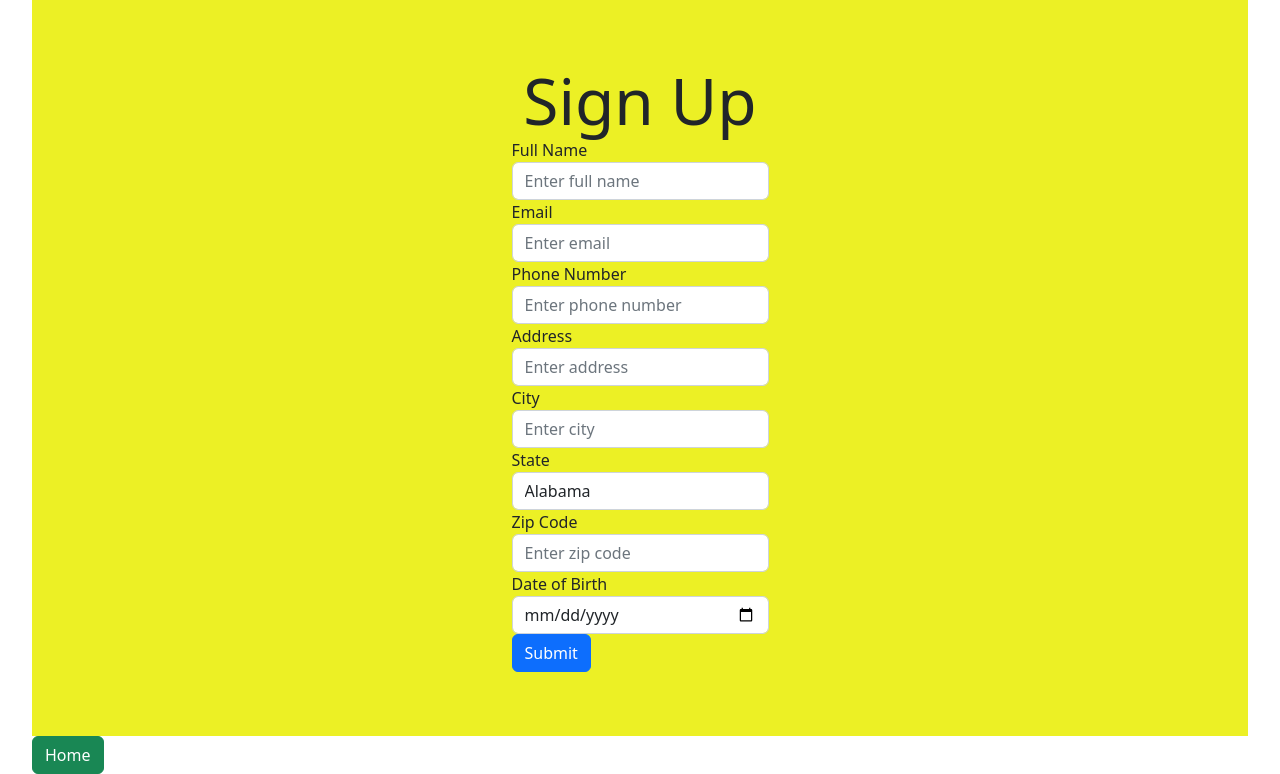
Repository: collegedude9300/zenschool
Page: /SignUp
An editor plug-in stored every save of this project. The page is shown before and after the next save, followed by the edit.
The browser window is 1280 px wide. The pictures show the whole page.
The project was rebuilt for these pictures with package versions that can differ from the ones it lists, and the page was loaded fresh each time. The framework's server and built-in components were replaced by stand-ins that run in the browser. Also part of the build but not shown: next.config.js.

Above is the page before, as saved 2022-11-08 15:10:16.

### pages/SignUp.js
import Head from 'next/head'
import Image from 'next/image'
import styles from '../styles/Home.module.css'
import { useState, useEffect } from 'react';
import 'bootstrap/dist/css/bootstrap.css'
import Link from 'next/link';
export default function SignUp()
{
//validate Email
const validateEmail = (email) => {
  const re = /^(([^<>()[\]\\.,;:\s@"]+(\.[^<>()[\]\\.,;:\s@"]+)*)|(".+"))@((\[[0-1]\d{1,2}\.[0-1]\d{1,2}\.[0-1]\d{1,2}\.[0-1]\d{1,2}\])|(([a-zA-Z\-0-9]+\.)+[a-zA-Z]{2,}))$/;
  return re.test(String(email).toLowerCase());
}
//validate First Name
const validateName = (name) => {
  const re = /^[A-Z][a-z]+(\s|,)[A-Z][a-z]{1,19}$/;
  return re.test(String(name));
}
//validate Phone Number
const validatePhoneNumber = (phoneNumber) => {
  const re = /^\d{10}$/;
  return re.test(String(phoneNumber));
}
//validate Address
const validateAddress = (address) => {
  const re = /^[0-9a-zA-Z\s,.'-]{3,}$/;
  return re.test(String(address));
}
//validate City
const validateCity = (city) => {
  const re = /^[a-zA-Z\s,.'-]{3,}$/;
  return re.test(String(city));
}
//validate State
const validateState = (state) => {
  const re = /^[a-zA-Z\s,.'-]{3,}$/;
  return re.test(String(state));
}
//validate Zip Code
const validateZipCode = (zipCode) => {
  const re = /^\d{5}$/;
  return re.test(String(zipCode));
}
//validate Date of Birth
const validateDateOfBirth = (dateOfBirth) => {
  const re = /^\d{4}-\d{2}-\d{2}$/;
  return re.test(String(dateOfBirth));
}
//check to see if the email is valid
const handleSubmit = (e) => {
  e.preventDefault();
  const email = document.getElementById("email").value;
  const name = document.getElementById("name").value;
  const phoneNumber = document.getElementById("phoneNumber").value;
  const address = document.getElementById("address").value;
  const city = document.getElementById("city").value;
  const state = document.getElementById("state").value;
  const zipCode = document.getElementById("zipCode").value;
  const dateOfBirth = document.getElementById("dateOfBirth").value;
  if (validateEmail(email) && validateName(name) && validatePhoneNumber(phoneNumber) && validateAddress(address) && validateCity(city) && validateState(state) && validateZipCode(zipCode)  && validateDateOfBirth(dateOfBirth)) {
    document.getElementById("email").value = "";
    document.getElementById("name").value = "";
    document.getElementById("phoneNumber").value = "";
    document.getElementById("address").value = "";
    document.getElementById("city").value = "";
    document.getElementById("state").value = "";
    document.getElementById("zipCode").value = "";
    document.getElementById("dateOfBirth").value = "";
    alert("Thank you for signing up!");
  }
  else if (!validateName(name)) {
    alert("Please enter a valid name");
  }
  else if (!validateEmail(email)) {
    alert("Please enter a valid email");
  }
  else if (!validatePhoneNumber(phoneNumber)) {
    alert("Please enter a valid phone number");
  }
  else if (!validateAddress(address)) {
    alert("Please enter a valid address");
  }
  else if (!validateCity(city)) {
    alert("Please enter a valid city");
  }
  else if (!validateState(state)) {
    alert("Please enter a valid state");
  }
  else if (!validateZipCode(zipCode)) {
    alert("Please enter a valid zip code");
  }
  else if (!validateCountry(country)) {
    alert("Please enter a valid country");
  }
  else if (!validateDateOfBirth(dateOfBirth)) {
    alert("Please enter a valid date of birth");
  }
  else {
    alert("Error");
  }
}
return (
  <div className={styles.container}>
    <Head>
      <title>Sign Up</title>
      <meta name="description" content="Generated by create next app" />
      <link rel="icon" href="/favicon.ico" />
    </Head>
    <main className={styles.main}>
      <h1 className={styles.title}>
        Sign Up
      </h1>
      <form onSubmit={handleSubmit}>
        <div className="form-group">
          <label htmlFor="name">Full Name</label>
          <input type="text" className="form-control" id="name" placeholder="Enter full name" required/>
        </div>
        <div className="form-group">
          <label htmlFor="email">Email</label>
          <input type="email" className="form-control" id="email" placeholder="Enter email" required/>
        </div>
        <div className="form-group">
          <label htmlFor="phoneNumber">Phone Number</label>
          <input type="tel" className="form-control" id="phoneNumber" placeholder="Enter phone number" required/>
        </div>
        <div className="form-group">
          <label htmlFor="address">Address</label>
          <input type="text" className="form-control" id="address" placeholder="Enter address" required/>
        </div>
        <div className="form-group">
          <label htmlFor="city">City</label>
          <input type="text" className="form-control" id="city" placeholder="Enter city" required/>
        </div>
        <div className="form-group">
          <label htmlFor="state">State</label>
          <select className="form-control" id="state">
            <option value="AL">Alabama</option>
            <option value="AK">Alaska</option>
            <option value="AZ">Arizona</option>
            <option value="AR">Arkansas</option>
            <option value="CA">California</option>
            <option value="CO">Colorado</option>
            <option value="CT">Connecticut</option>
            <option value="DE">Delaware</option>
            <option value="DC">District Of Columbia</option>
            <option value="FL">Florida</option>
            <option value="GA">Georgia</option>
            <option value="HI">Hawaii</option>
            <option value="ID">Idaho</option>
            <option value="IL">Illinois</option>
            <option value="IN">Indiana</option>
            <option value="IA">Iowa</option>
            <option value="KS">Kansas</option>
            <option value="KY">Kentucky</option>
            <option value="LA">Louisiana</option>
            <option value="ME">Maine</option>
            <option value="MD">Maryland</option>
            <option value="MA">Massachusetts</option>
            <option value="MI">Michigan</option>
            <option value="MN">Minnesota</option>
            <option value="MS">Mississippi</option>
            <option value="MO">Missouri</option>
            <option value="MT">Montana</option>
            <option value="NE">Nebraska</option>
            <option value="NV">Nevada</option>
            <option value="NH">New Hampshire</option>
            <option value="NJ">New Jersey</option>
            <option value="NM">New Mexico</option>
            <option value="NY">New York</option>
            <option value="NC">North Carolina</option>
            <option value="ND">North Dakota</option>
            <option value="OH">Ohio</option>
            <option value="OK">Oklahoma</option>
            <option value="OR">Oregon</option>
            <option value="PA">Pennsylvania</option>
            <option value="RI">Rhode Island</option>
            <option value="SC">South Carolina</option>
            <option value="SD">South Dakota</option>
            <option value="TN">Tennessee</option>
            <option value="TX">Texas</option>
            <option value="UT">Utah</option>
            <option value="VT">Vermont</option>
            <option value="VA">Virginia</option>
            <option value="WA">Washington</option>
            <option value="WV">West Virginia</option>
            <option value="WI">Wisconsin</option>
            <option value="WY">Wyoming</option>
          </select>
        </div>
        <div className="form-group">
          <label htmlFor="zipCode">Zip Code</label>
          <input type="text" className="form-control" id="zipCode" placeholder="Enter zip code" required/>
        </div>
        <div className="form-group">
          <label htmlFor="dateOfBirth">Date of Birth</label>
          <input type="date" className="form-control" id="dateOfBirth" placeholder="Enter date of birth" required/>
        </div>
        <button type="submit" className="btn btn-primary">Submit</button>
      </form>
    </main>
      <Link legacyBehavior href="/">
        <a className="btn btn-success">Home</a>
        </Link>
  </div>
)}

### styles/Home.module.css
.container {
  padding: 0 2rem;
}
.main {
  min-height: 100vh;
  padding: 4rem 0;
  flex: 1;
  display: flex;
  flex-direction: column;
  justify-content: center;
  align-items: center;
  background-color: #ecf025;
}
.classpage {
  min-height: 100vh;
  padding: 4rem 0;
  flex: 1;
  display: flex;
  flex-direction: column;
  justify-content: center;
  align-items: center;
  background-color: #67ff02;
}
.gened {
  min-height: 100vh;
  padding: 4rem 0;
  flex: 1;
  display: flex;
  flex-direction: column;
  justify-content: center;
  align-items: center;
  background-color: #18e6db;
}
.login {
  min-height: 100vh;
  padding: 4rem 0;
  flex: 1;
  display: flex;
  flex-direction: column;
  justify-content: center;
  align-items: center;
  background-color: #ffc400;
}
.footer {
  display: flex;
  flex: 1;
  padding: 2rem 0;
  border-top: 1px solid #eaeaea;
  justify-content: center;
  align-items: center;
}

.footer a {
  display: flex;
  justify-content: center;
  align-items: center;
  flex-grow: 1;
}

.title a {
  color: #0070f3;
  text-decoration: none;
}

.title a:hover,
.title a:focus,
.title a:active {
  text-decoration: underline;
}

.title {
  margin: 0;
  line-height: 1.15;
  font-size: 4rem;
}

.title,
.description {
  text-align: center;
}

.description {
  margin: 4rem 0;
  line-height: 1.5;
  font-size: 1.5rem;
}

.code {
  background: #fafafa;
  border-radius: 5px;
  padding: 0.75rem;
  font-size: 1.1rem;
  font-family: Menlo, Monaco, Lucida Console, Liberation Mono, DejaVu Sans Mono,
    Bitstream Vera Sans Mono, Courier New, monospace;
}

.grid {
  display: flex;
  align-items: center;
  justify-content: center;
  flex-wrap: wrap;
  max-width: 800px;
}

.card {
  margin: 1rem;
  padding: 1.5rem;
  text-align: left;
  color: inherit;
  text-decoration: none;
  border: 1px solid #eaeaea;
  border-radius: 10px;
  transition: color 0.15s ease, border-color 0.15s ease;
  max-width: 300px;
}

.card:hover,
.card:focus,
.card:active {
  color: #0070f3;
  border-color: #0070f3;
}

.card h2 {
  margin: 0 0 1rem 0;
  font-size: 1.5rem;
}

.card p {
  margin: 0;
  font-size: 1.25rem;
  line-height: 1.5;
}

.logo {
  height: 1em;
  margin-left: 0.5rem;
}

@media (max-width: 600px) {
  .grid {
    width: 100%;
    flex-direction: column;
  }
}

@media (prefers-color-scheme: dark) {
  .card,
  .footer {
    border-color: #222;
  }
  .code {
    background: #111;
  }
  .logo img {
    filter: invert(1);
  }
}

Loaded but not shown: pages/_app.js (common file); styles/globals.css (common file)

After the next save:
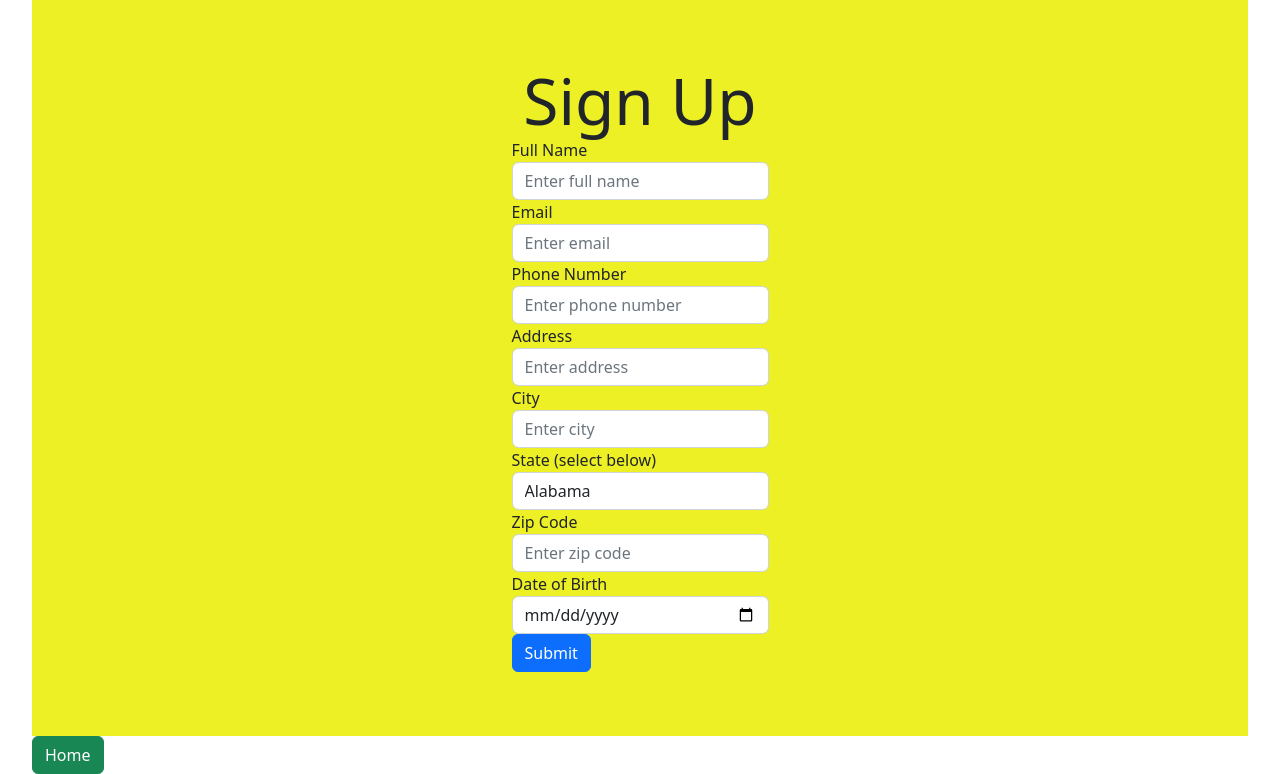
Saved 42 s later.
--- a/pages/SignUp.js
+++ b/pages/SignUp.js
@@ -132,7 +132,7 @@ return (
           <input type="text" className="form-control" id="city" placeholder="Enter city" required/>
         </div>
         <div className="form-group">
-          <label htmlFor="state">State</label>
+          <label htmlFor="state">State (select below)</label>
           <select className="form-control" id="state">
             <option value="AL">Alabama</option>
             <option value="AK">Alaska</option>
